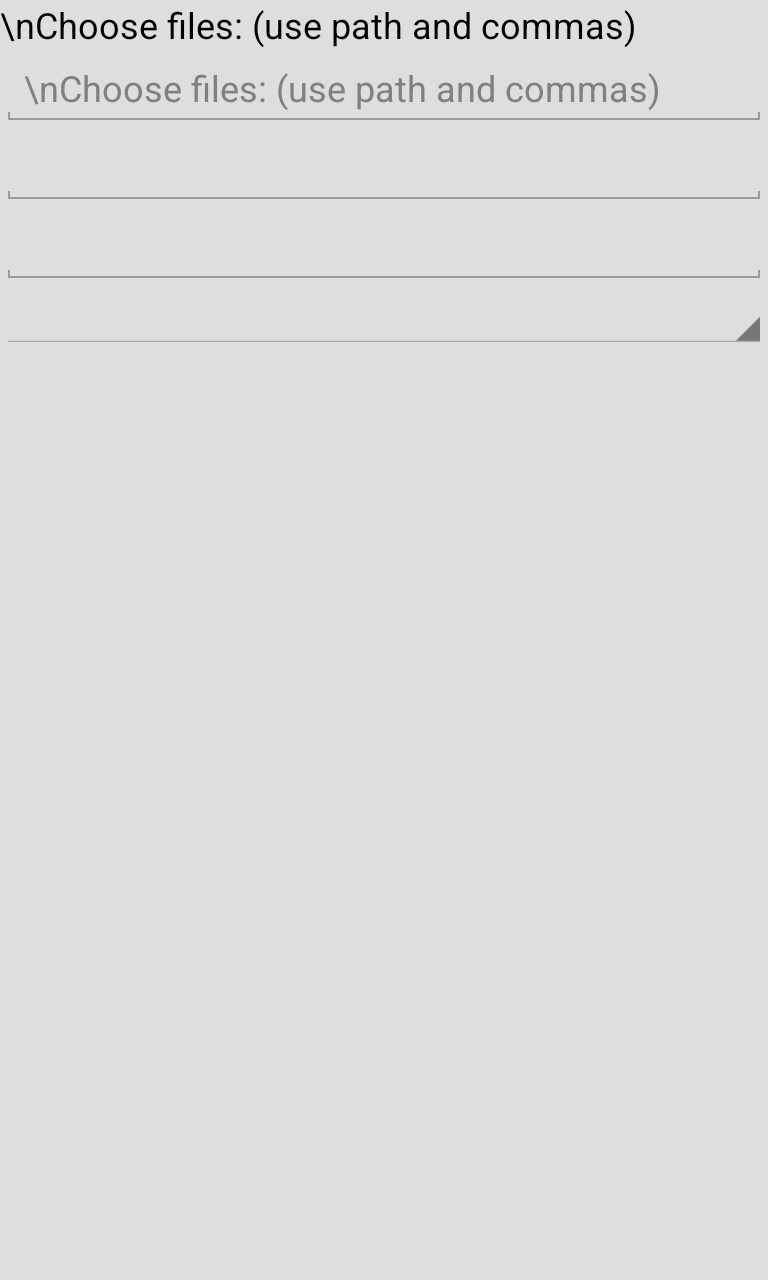
Repository: ya-ivanov/Android-Projects
Layout: Android Projects (OLD)/Zip It!/ZipIt/res/layout/activity_main.xml
The author's editor kept a copy of each file at every save. The layout is drawn from the files as they stood at one save, then again after the next save.
It is drawn on a 768 x 1280 px phone screen (xhdpi) without system bars, with theme AppTheme; the app's code is not run.

Above is the layout before, as saved 2013-12-11 20:15:13.

### Android Projects (OLD)/Zip It!/ZipIt/res/layout/activity_main.xml
<LinearLayout xmlns:android="http://schemas.android.com/apk/res/android"
    android:layout_width="fill_parent"
    android:layout_height="fill_parent"
    android:background="#dedede"
    android:orientation="vertical" >

    <TextView
        android:id="@+id/textView1"
        android:layout_width="match_parent"
        android:layout_height="wrap_content"
        android:text="\nChoose files: (use path and commas)"
        android:textAppearance="?android:attr/textAppearanceMedium" />

    <EditText
        android:id="@+id/files"
        android:layout_width="match_parent"
        android:layout_height="wrap_content"
        android:hint="\nChoose files: (use path and commas)"
        android:ems="10" >
    </EditText>

    <EditText
        android:id="@+id/endDir"
        android:layout_width="match_parent"
        android:layout_height="wrap_content"
        android:ems="10" >
    </EditText>

    <EditText
        android:id="@+id/archiveName"
        android:layout_width="match_parent"
        android:layout_height="wrap_content"
        android:ems="10" >
    </EditText>

    <Spinner
	    android:id="@+id/spinner"
	    android:layout_width="fill_parent"
	    android:layout_height="wrap_content" />

</LinearLayout>

Loaded but not shown: Android Projects (OLD)/Zip It!/ZipIt/res/values/styles.xml (common file); Android Projects (OLD)/Zip It!/ZipIt/res/values-v11/styles.xml (common file); Android Projects (OLD)/Zip It!/ZipIt/res/values-v14/styles.xml (common file)

After the next save:
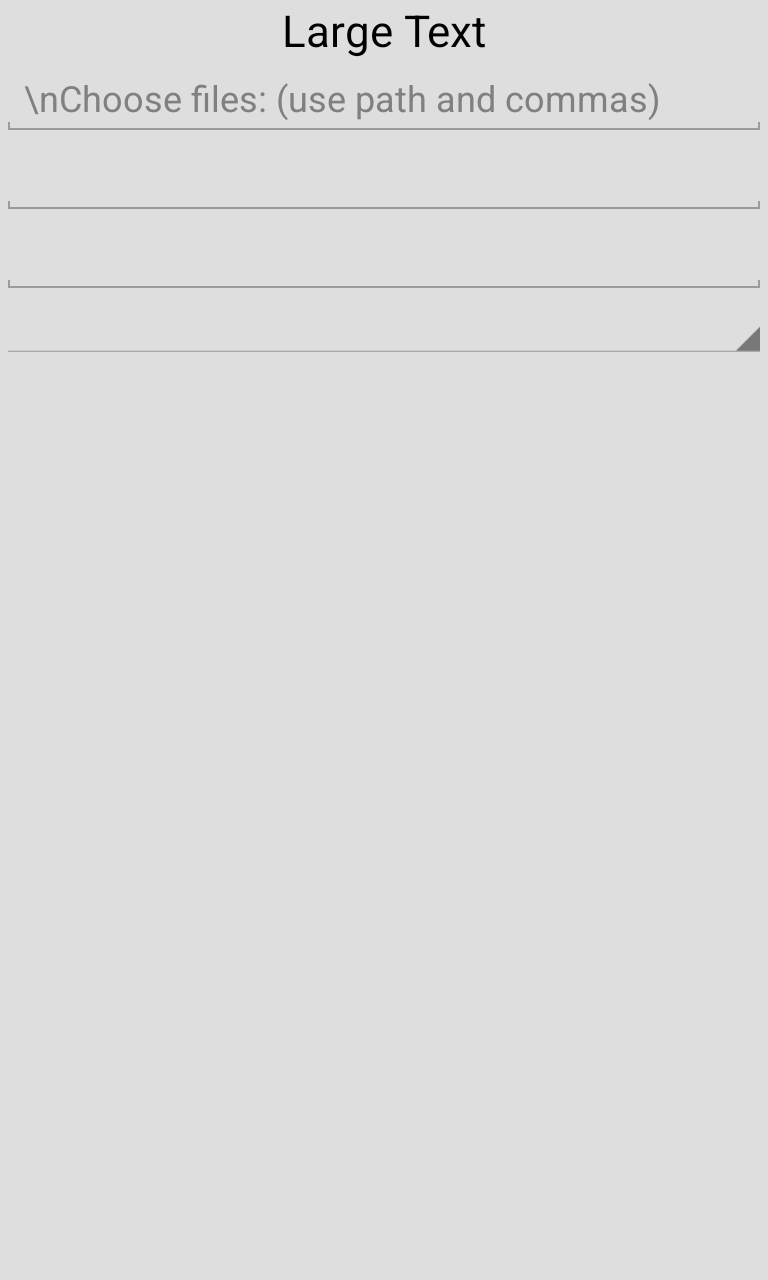
Saved 52 s later.
--- a/Android Projects (OLD)/Zip It!/ZipIt/res/layout/activity_main.xml
+++ b/Android Projects (OLD)/Zip It!/ZipIt/res/layout/activity_main.xml
@@ -8,8 +8,9 @@
         android:id="@+id/textView1"
         android:layout_width="match_parent"
         android:layout_height="wrap_content"
-        android:text="\nChoose files: (use path and commas)"
-        android:textAppearance="?android:attr/textAppearanceMedium" />
+        android:text="Large Text"
+        android:gravity="center_horizontal"
+        android:textAppearance="?android:attr/textAppearanceLarge" />
 
     <EditText
         android:id="@+id/files"
